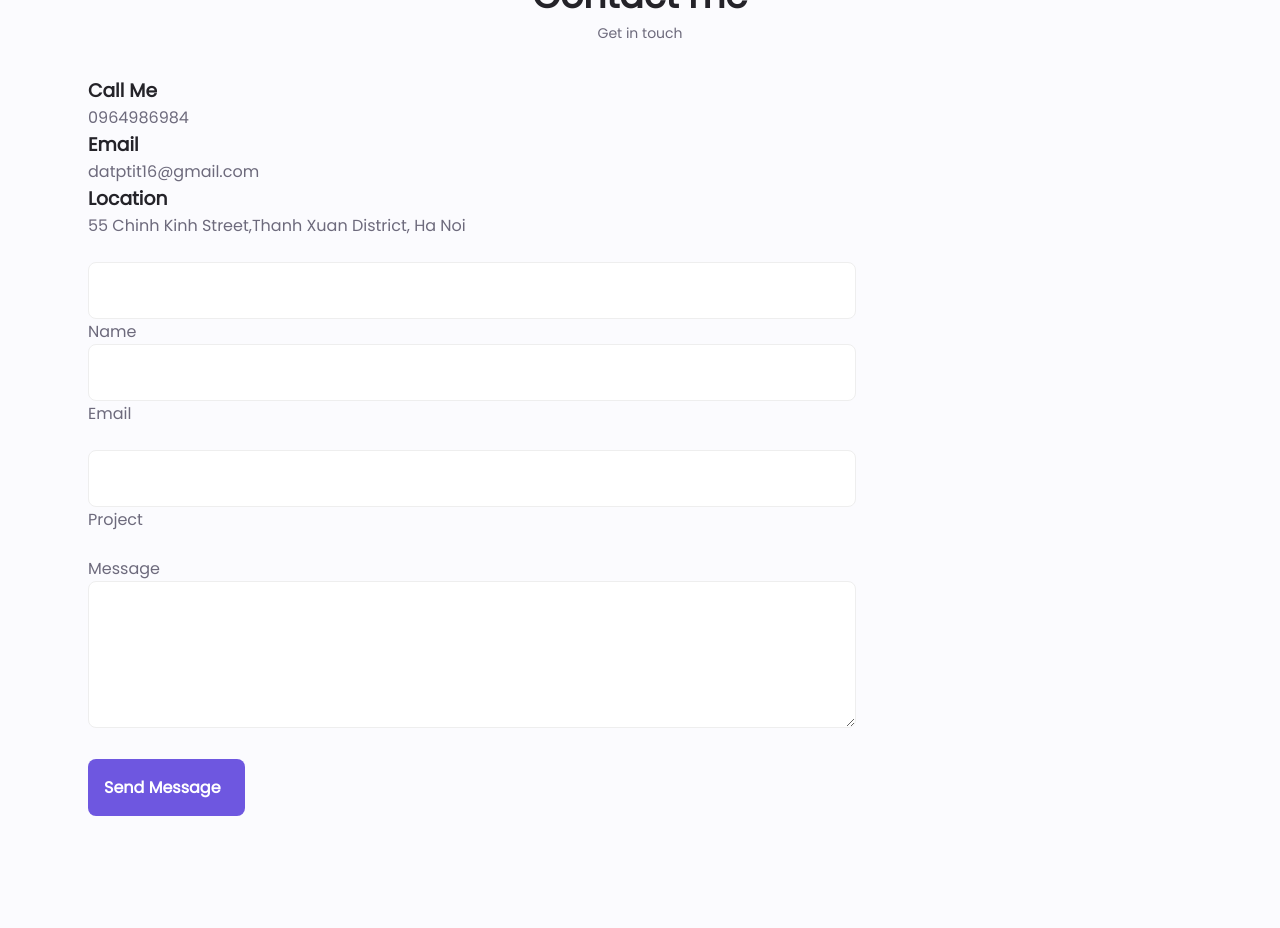
Repository: Datt21/portfolio
Page: index.html
The author's editor kept a copy of each file at every save. The page is drawn from the files as they stood at one save, then again after the next save.
The browser window is 1280 px wide. The pictures show the part of the page from y = 3453 to 4405 px (the page is 4381 px tall before and 4405 px after).
Some icons come from a web library that is not loaded, so they are not drawn. A picture or video elsewhere on the page could not be fetched, so the positions and the page height are approximate.

Above is the page before, as saved 2021-07-12 03:04:57.

After the next save:
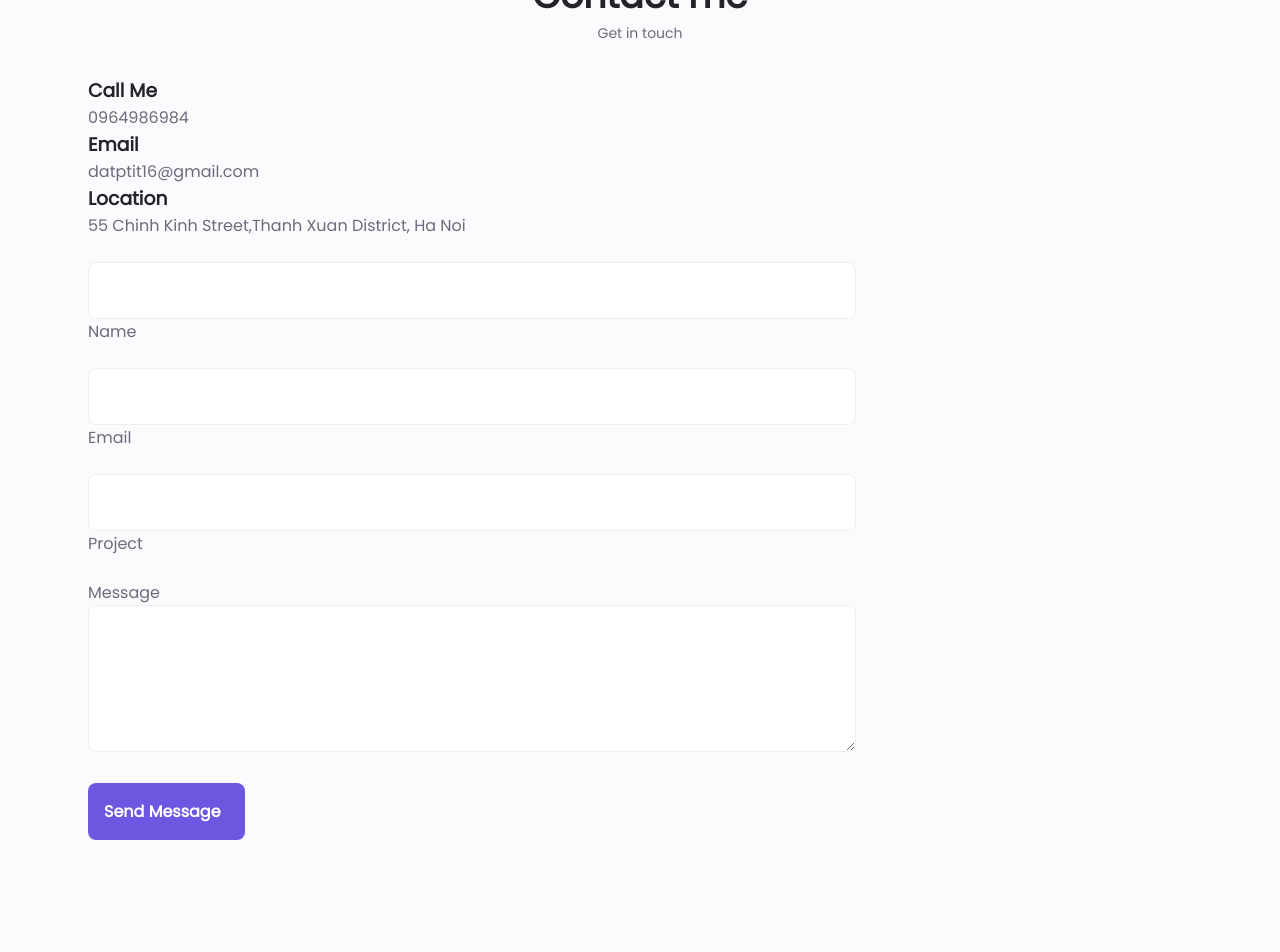
Saved 11 s later.
--- a/index.html
+++ b/index.html
@@ -506,7 +506,7 @@
                     </div>
 
                     <form action="" class="contact__form grid">
-                        <div class="contact__inputs">
+                        <div class="contact__inputs grid">
                             <div class="contact__content">
                                 <input type="text" class="contact__input">
                                 <label for="name" class="contact__label">Name</label>
